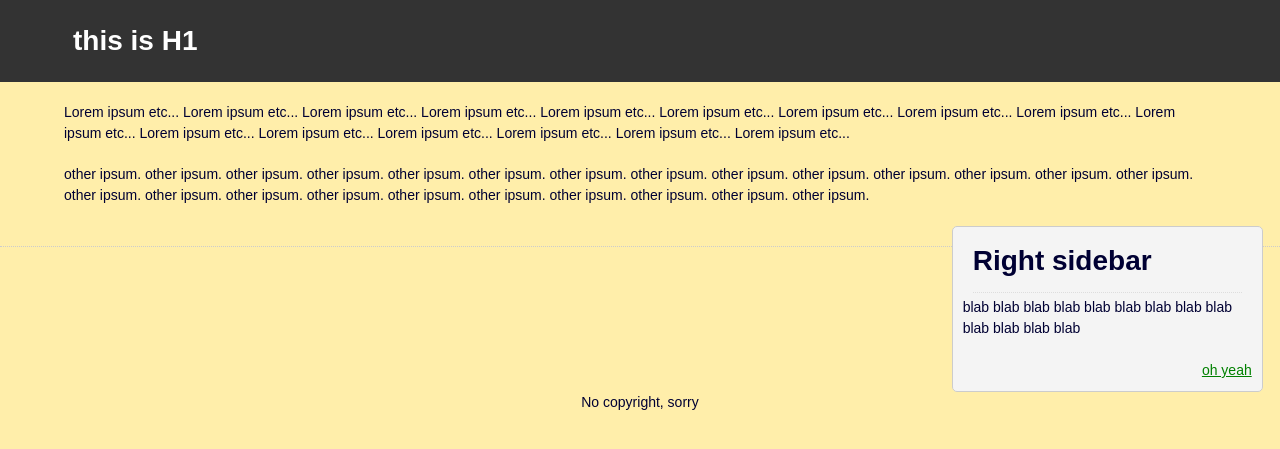
Repository: simonbcky/101
Page: Jadestuff/views/index.jade
The author's editor kept a record of every edit. The page is drawn from the files as they stood at one moment, then again after the next edit.
The browser window is 1280 px wide. The pictures show the whole page.
The page is served by the project's Node server (server.js). The template is opened directly, without the code that normally fills it, so the values that code supplies are empty.

Above is the page before.

### Jadestuff/views/index.jade
extends ./layout.jade
block content
    h1 #{title}
    p.
        Lorem ipsum etc... Lorem ipsum etc... Lorem ipsum etc... Lorem ipsum etc... Lorem ipsum etc... Lorem ipsum etc... Lorem ipsum etc... Lorem ipsum etc... Lorem ipsum etc... Lorem ipsum etc... Lorem ipsum etc... Lorem ipsum etc...
        Lorem ipsum etc... Lorem ipsum etc... Lorem ipsum etc... Lorem ipsum etc...
    p.
        other ipsum. other ipsum. other ipsum. other ipsum. other ipsum. other ipsum. other ipsum. other ipsum. other ipsum. other ipsum. other ipsum. other ipsum. other ipsum. other ipsum. other ipsum.
        other ipsum. other ipsum. other ipsum. other ipsum. other ipsum. other ipsum. other ipsum. other ipsum. other ipsum.
block sidebar
    .block
        h1 Right sidebar
        p
            blab blab blab blab blab blab blab blab blab blab blab blab blab blab
        br
        .readmore
            a(href="http://infoframe.hu") oh yeah

### Jadestuff/views/layout.jade
doctype html
html
    head
        title #{title} - Node.js with jade
        link(rel='stylesheet', href='/css/styles.css')
    body
        header
            .container
                h1 this is H1
        .container
            .main-content
                block content
        .sidebar
            .container
                block sidebar
        footer
            .container
                p No copyright, sorry

### server.js
var express = require('express');
var app = express();

app.get('/hello', function (req, res) {
  res.send('Hello World');
})

app.use('/', express.static(__dirname + "/client"));

app.get('/*', function (req, res) {
  res.send('no such thing dude');
})

//c9.io environment specific PORT
app.listen(process.env.PORT, function() {console.log("listening")});

### client/css/styles.css
/* clear everything out */

*{
    margin:0;
    padding:0;
}

body{
    line-height:1.5;
    font-family:Arial;
    font-size:14px;
    color:#003;
    background:#fea;
}

ul,li{
    list-style:none;
}

.container{
    width:90%;
    margin:auto;
    overflow:hidden;

}

header{
    padding:20px 10px;
    color:#fff;
    background:#333;
    margin-bottom:20px;

}


.main-content p{
    float:left;
    margin-bottom:20px;

}

.sidebar{
    float:right;
    width:27%;

}

.sidebar .block{
    border-radius:5px;
    border:1px solid #ccc;
    padding:0px 10px 10px 10px;
    background:#f4f4f4;
    overflow:hidden;

}

.sidebar .block h1{
    margin:13px 10px 4px;
    padding-bottom:10px;
    border-bottom:1px dotted #ddd;

}

.readmore{
    float:right;

}

.readmore a{
    color:green;

}

footer{
    border-top:1px dotted #ccc;
    padding-top:5px;
    text-align:center;
    margin-top:20px;

}


/*when browser is under 568px the following applies: */
@media(max-width:568px){
    header{
        text-align:center;
    }

    .main-content{
        float:none;
        width:100%;
        clear:both;
        text-align:center;
    }

    .sidebar{
        float:none;
        width:100%;
        clear:both;
        text-align:center;
    }

    .sidebar .block{
        margin:0;

    }
}

After the next edit:
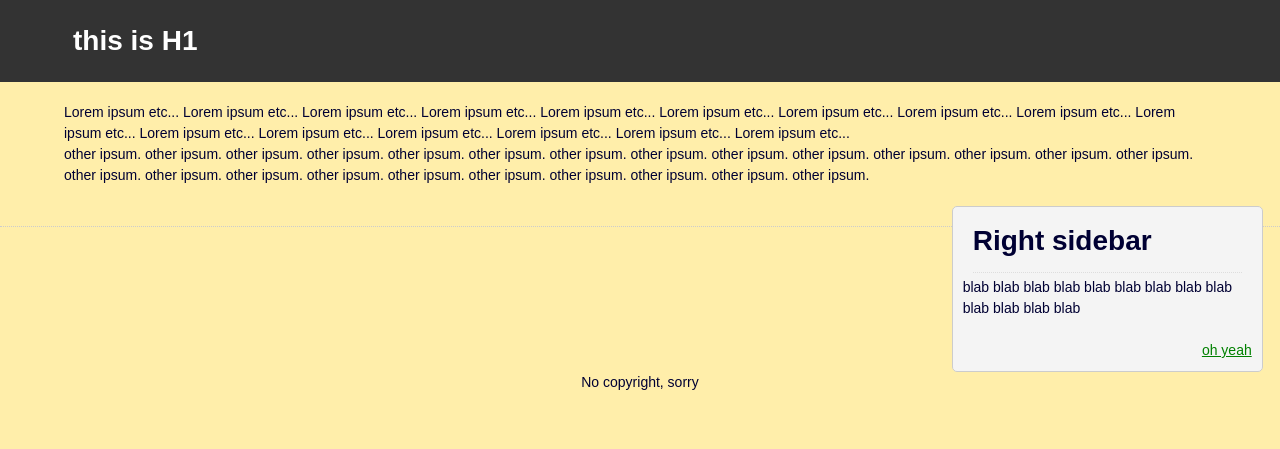
The edit:
--- a/client/css/styles.css
+++ b/client/css/styles.css
@@ -33,7 +33,7 @@
 }
 
 
-.main-content p{
+.main-content {
     float:left;
     margin-bottom:20px;
 
